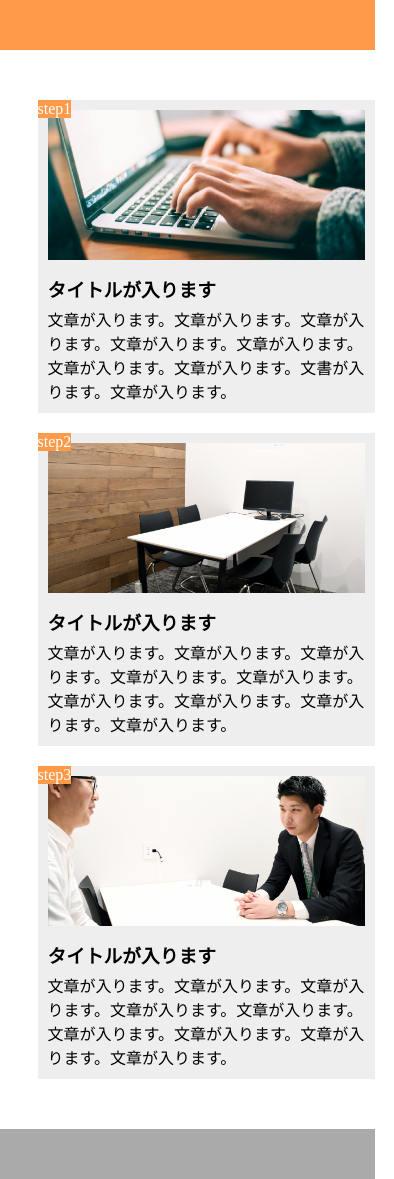
Repository: matsumurashin/flex
Page: chapter9-2-exercise/chap9-2.html
The author's editor kept a record of every edit. The page is drawn from the files as they stood at one moment, then again after the next edit.
The browser window is 375 px wide. The page is 394 px wide, so the pictures cover 394 px, including what lies to the right of the window. The pictures show the whole page.

Above is the page before.

### chapter9-2-exercise/chap9-2.html
<!DOCTYPE <!DOCTYPE html>
<html lang="ja">
<head>
  <meta charset="utf-8" />
  <meta name="viewport" content="width=device-width,initial-scale=1.0">
  <title>chapter9-2の演習</title>

  <link rel="stylesheet" href="./chap9-2.css" />
</head>

<body>
  <header></header>

  <main>
    <!-- ↓ まずstep1全体をboxとしてまとめる -->
    <div class="step-box">
      <!-- ↓ background-imgだからimgを使う宣言的な意味 -->
      <div class="step-img1"></div>
      <!-- ↓ stepのナンバーを決める -->
      <span class="step-num">step1</span>
      <!-- ↓ titleを決める -->
      <h3 class="title">タイトルが入ります</h3>
      <!-- ↓ textを入力 -->
      <p class="text">文章が入ります。文章が入ります。文章が入ります。文章が入ります。文章が入ります。文章が入ります。文章が入ります。文書が入ります。文章が入ります。</p>
    </div>

    <div class="step-box">
      <div class="step-img2"></div>
      <span class="step-num">step2</span>
      <h3 class="title">タイトルが入ります</h3>
      <p class="text">文章が入ります。文章が入ります。文章が入ります。文章が入ります。文章が入ります。文章が入ります。文章が入ります。文章が入ります。文章が入ります。</p>
    </div>

    <div class="step-box">
      <div class="step-img3"></div>
      <span class="step-num">step3</span>
      <h3 class="title">タイトルが入ります</h3>
      <p class="text">文章が入ります。文章が入ります。文章が入ります。文章が入ります。文章が入ります。文章が入ります。文章が入ります。文章が入ります。文章が入ります。</p>
    </div>
  </main>

  <footer></footer>
</body>
</html>

### chapter9-2-exercise/chap9-2.css
* {
  padding: 0;
  margin: 0;
  box-sizing: border-box;
}

a {
  text-decoration: none;
}

header {
  height: 50px;
  background-color: #ff9a4b;
}

main {
  width: 960px;
  margin: 50px auto;
  display: flex;
}

.step-box {
  width: 300px;
  margin-right: 30px;
  padding: 10px;
  position: relative;
  background-color: #eee;
}

.step-box:last-child {
  margin-right: 0;
}

.step-img1 {
  height: 150px;
  background-image: url(img/flow01.png);
  background-position: bottom;
  background-size: cover;
}

.step-img2 {
  height: 150px;
  background-image: url(img/flow02.png);
  background-size: cover;
  background-position: bottom;
}

.step-img3 {
  height: 150px;
  background-image: url(img/flow03.png);
  background-position: bottom;
  background-size: cover;
}

.step-num {
  position: absolute;
  top: 0;
  left: 0;
  background-color: #ff9a4b;
  color: #fff;
}

.title {
  margin: 15px 0 5px 0;
}

footer {
  height: 50px;
  background-color: #aaa;
}

@media screen and (max-width: 425px) {


  main {
    width:100%;
    display: block;
    margin-left: 5%;
    margin-right: 5%;

  }

  .step-box {
    width: 90%;
    margin-bottom: 20px;
    margin-left: 5%;
    margin-right: 5%;
  }

  .step-img1,.step-img2,.step-img3 {
    height: 150px;
  }

  .step-title {
    width: 100%;
  }

  .step-text {
    width: 100%;
  }

  .step-box:last-child {
    margin-bottom: 0;
  }

}

After the next edit:
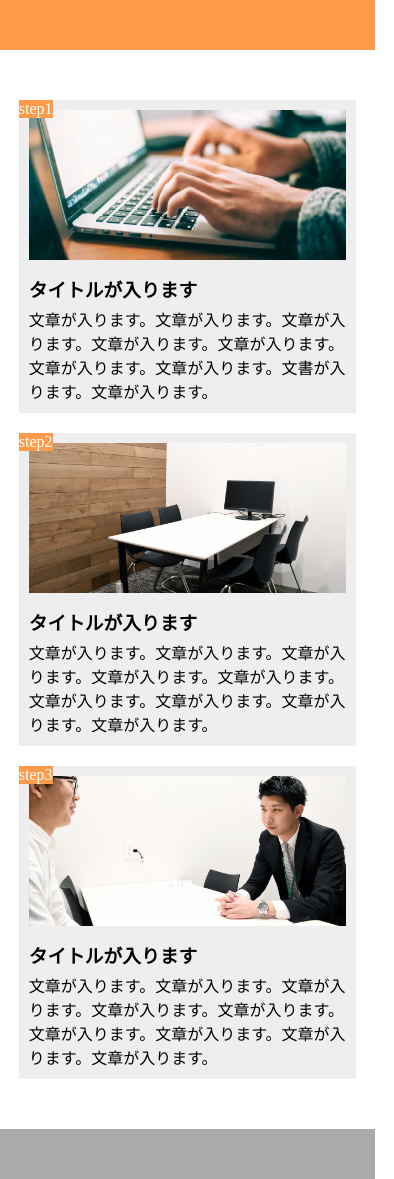
The edit:
--- a/chapter9-2-exercise/chap9-2.css
+++ b/chapter9-2-exercise/chap9-2.css
@@ -83,8 +83,6 @@
   .step-box {
     width: 90%;
     margin-bottom: 20px;
-    margin-left: 5%;
-    margin-right: 5%;
   }
 
   .step-img1,.step-img2,.step-img3 {
